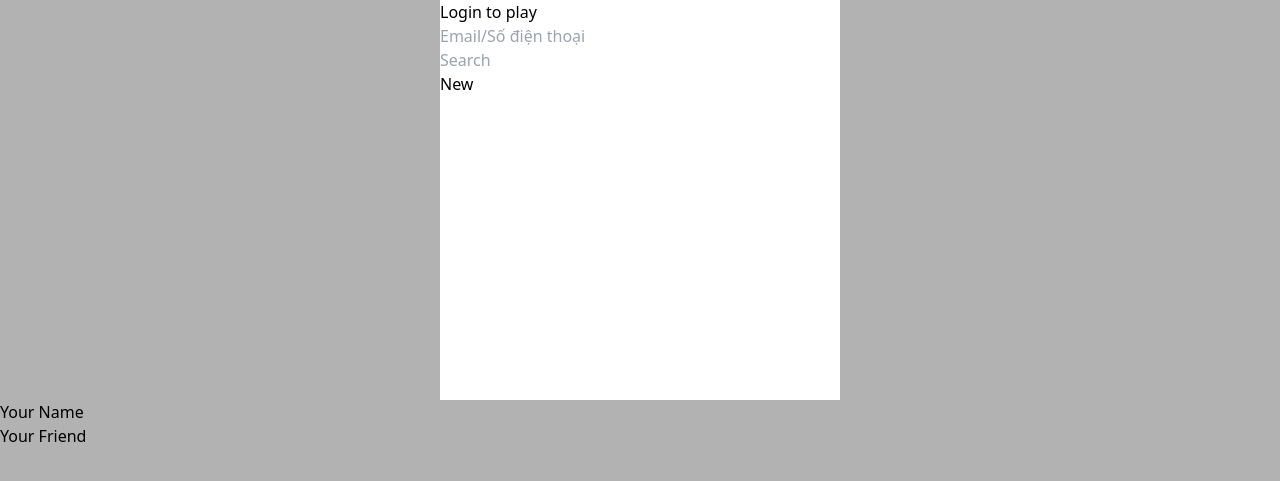
Repository: Teddy1705/demo_pj
Page: /
The author's editor kept a copy of each file at every save. The page is drawn from the files as they stood at one save, then again after the next save.
The browser window is 1280 px wide. The pictures show the whole page.
The project was rebuilt for these pictures with package versions that can differ from the ones it lists, and the page was loaded fresh each time. Also part of the build but not shown: vite.config.js.

Above is the page before, as saved 2024-04-16 09:21:02.

### index.html
<!DOCTYPE html>
<html lang="en">
  <head>
    <meta charset="UTF-8" />
    <link rel="icon" type="image/svg+xml" href="/vite.svg" />
    <meta name="viewport" content="width=device-width, initial-scale=1.0" />
    <title>Tic Tac Toe</title>
    <link rel="stylesheet" href="./src/index.css" />
  </head>
  <body>
    <div id="root"></div>
    <script type="module" src="/src/main.jsx"></script>
  </body>
</html>

### src/index.css
:root {
  --white-color: #fff;
  --black-color: #000;
}

/*
1. Prevent padding and border from affecting element width. (https://github.com/mozdevs/cssremedy/issues/4)
2. Allow adding a border to an element by just adding a border-width. (https://github.com/tailwindcss/tailwindcss/pull/116)
*/

*,
::before,
::after {
  box-sizing: border-box;
  /* 1 */
  border-width: 0;
  /* 2 */
  border-style: solid;
  /* 2 */
  border-color: #e5e7eb;
  /* 2 */
}

::before,
::after {
  --tw-content: "";
}

/*
1. Use a consistent sensible line-height in all browsers.
2. Prevent adjustments of font size after orientation changes in iOS.
3. Use a more readable tab size.
4. Use the user's configured `sans` font-family by default.
5. Use the user's configured `sans` font-feature-settings by default.
6. Use the user's configured `sans` font-variation-settings by default.
7. Disable tap highlights on iOS
*/

html,
:host {
  line-height: 1.5;
  /* 1 */
  -webkit-text-size-adjust: 100%;
  /* 2 */
  -moz-tab-size: 4;
  /* 3 */
  -o-tab-size: 4;
  tab-size: 4;
  /* 3 */
  font-family: ui-sans-serif, system-ui, sans-serif, "Apple Color Emoji",
    "Segoe UI Emoji", "Segoe UI Symbol", "Noto Color Emoji";
  /* 4 */
  font-feature-settings: normal;
  /* 5 */
  font-variation-settings: normal;
  /* 6 */
  -webkit-tap-highlight-color: transparent;
  /* 7 */
}

/*
1. Remove the margin in all browsers.
2. Inherit line-height from `html` so users can set them as a class directly on the `html` element.
*/

body {
  margin: 0;
  /* 1 */
  line-height: inherit;
  /* 2 */
}

/*
1. Add the correct height in Firefox.
2. Correct the inheritance of border color in Firefox. (https://bugzilla.mozilla.org/show_bug.cgi?id=190655)
3. Ensure horizontal rules are visible by default.
*/

hr {
  height: 0;
  /* 1 */
  color: inherit;
  /* 2 */
  border-top-width: 1px;
  /* 3 */
}

/*
Add the correct text decoration in Chrome, Edge, and Safari.
*/

abbr:where([title]) {
  -webkit-text-decoration: underline dotted;
  text-decoration: underline dotted;
}

/*
Remove the default font size and weight for headings.
*/

h1,
h2,
h3,
h4,
h5,
h6 {
  font-size: inherit;
  font-weight: inherit;
}

/*
Reset links to optimize for opt-in styling instead of opt-out.
*/

a {
  color: inherit;
  text-decoration: inherit;
}

/*
Add the correct font weight in Edge and Safari.
*/

b,
strong {
  font-weight: bolder;
}

/*
1. Use the user's configured `mono` font-family by default.
2. Use the user's configured `mono` font-feature-settings by default.
3. Use the user's configured `mono` font-variation-settings by default.
4. Correct the odd `em` font sizing in all browsers.
*/

code,
kbd,
samp,
pre {
  font-family: ui-monospace, SFMono-Regular, Menlo, Monaco, Consolas,
    "Liberation Mono", "Courier New", monospace;
  /* 1 */
  font-feature-settings: normal;
  /* 2 */
  font-variation-settings: normal;
  /* 3 */
  font-size: 1em;
  /* 4 */
}

/*
Add the correct font size in all browsers.
*/

small {
  font-size: 80%;
}

/*
Prevent `sub` and `sup` elements from affecting the line height in all browsers.
*/

sub,
sup {
  font-size: 75%;
  line-height: 0;
  position: relative;
  vertical-align: baseline;
}

sub {
  bottom: -0.25em;
}

sup {
  top: -0.5em;
}

/*
1. Remove text indentation from table contents in Chrome and Safari. (https://bugs.chromium.org/p/chromium/issues/detail?id=999088, https://bugs.webkit.org/show_bug.cgi?id=201297)
2. Correct table border color inheritance in all Chrome and Safari. (https://bugs.chromium.org/p/chromium/issues/detail?id=935729, https://bugs.webkit.org/show_bug.cgi?id=195016)
3. Remove gaps between table borders by default.
*/

table {
  text-indent: 0;
  /* 1 */
  border-color: inherit;
  /* 2 */
  border-collapse: collapse;
  /* 3 */
}

/*
1. Change the font styles in all browsers.
2. Remove the margin in Firefox and Safari.
3. Remove default padding in all browsers.
*/

button,
input,
optgroup,
select,
textarea {
  font-family: inherit;
  /* 1 */
  font-feature-settings: inherit;
  /* 1 */
  font-variation-settings: inherit;
  /* 1 */
  font-size: 100%;
  /* 1 */
  font-weight: inherit;
  /* 1 */
  line-height: inherit;
  /* 1 */
  letter-spacing: inherit;
  /* 1 */
  color: inherit;
  /* 1 */
  margin: 0;
  /* 2 */
  padding: 0;
  /* 3 */
}

/*
Remove the inheritance of text transform in Edge and Firefox.
*/

button,
select {
  text-transform: none;
}

/*
1. Correct the inability to style clickable types in iOS and Safari.
2. Remove default button styles.
*/

button,
input:where([type="button"]),
input:where([type="reset"]),
input:where([type="submit"]) {
  -webkit-appearance: button;
  /* 1 */
  background-color: transparent;
  /* 2 */
  background-image: none;
  /* 2 */
}

/*
Use the modern Firefox focus style for all focusable elements.
*/

:-moz-focusring {
  outline: auto;
}

/*
Remove the additional `:invalid` styles in Firefox. (https://github.com/mozilla/gecko-dev/blob/2f9eacd9d3d995c937b4251a5557d95d494c9be1/layout/style/res/forms.css#L728-L737)
*/

:-moz-ui-invalid {
  box-shadow: none;
}

/*
Add the correct vertical alignment in Chrome and Firefox.
*/

progress {
  vertical-align: baseline;
}

/*
Correct the cursor style of increment and decrement buttons in Safari.
*/

::-webkit-inner-spin-button,
::-webkit-outer-spin-button {
  height: auto;
}

/*
1. Correct the odd appearance in Chrome and Safari.
2. Correct the outline style in Safari.
*/

[type="search"] {
  -webkit-appearance: textfield;
  /* 1 */
  outline-offset: -2px;
  /* 2 */
}

/*
Remove the inner padding in Chrome and Safari on macOS.
*/

::-webkit-search-decoration {
  -webkit-appearance: none;
}

/*
1. Correct the inability to style clickable types in iOS and Safari.
2. Change font properties to `inherit` in Safari.
*/

::-webkit-file-upload-button {
  -webkit-appearance: button;
  /* 1 */
  font: inherit;
  /* 2 */
}

/*
Add the correct display in Chrome and Safari.
*/

summary {
  display: list-item;
}

/*
Removes the default spacing and border for appropriate elements.
*/

blockquote,
dl,
dd,
h1,
h2,
h3,
h4,
h5,
h6,
hr,
figure,
p,
pre {
  margin: 0;
}

fieldset {
  margin: 0;
  padding: 0;
}

legend {
  padding: 0;
}

ol,
ul,
menu {
  list-style: none;
  margin: 0;
  padding: 0;
}

/*
Reset default styling for dialogs.
*/

dialog {
  padding: 0;
}

/*
Prevent resizing textareas horizontally by default.
*/

textarea {
  resize: vertical;
}

/*
1. Reset the default placeholder opacity in Firefox. (https://github.com/tailwindlabs/tailwindcss/issues/3300)
2. Set the default placeholder color to the user's configured gray 400 color.
*/

input::-moz-placeholder,
textarea::-moz-placeholder {
  opacity: 1;
  /* 1 */
  color: #9ca3af;
  /* 2 */
}

input::placeholder,
textarea::placeholder {
  opacity: 1;
  /* 1 */
  color: #9ca3af;
  /* 2 */
}

/*
Set the default cursor for buttons.
*/

button,
[role="button"] {
  cursor: pointer;
}

/*
Make sure disabled buttons don't get the pointer cursor.
*/

:disabled {
  cursor: default;
}

/*
1. Make replaced elements `display: block` by default. (https://github.com/mozdevs/cssremedy/issues/14)
2. Add `vertical-align: middle` to align replaced elements more sensibly by default. (https://github.com/jensimmons/cssremedy/issues/14#issuecomment-634934210)
   This can trigger a poorly considered lint error in some tools but is included by design.
*/

img,
svg,
video,
canvas,
audio,
iframe,
embed,
object {
  display: block;
  /* 1 */
  vertical-align: middle;
  /* 2 */
}

/*
Constrain images and videos to the parent width and preserve their intrinsic aspect ratio. (https://github.com/mozdevs/cssremedy/issues/14)
*/

img,
video {
  max-width: 100%;
  height: auto;
}

/* Make elements with the HTML hidden attribute stay hidden by default */

[hidden] {
  display: none;
}

*,
::before,
::after {
  --tw-border-spacing-x: 0;
  --tw-border-spacing-y: 0;
  --tw-translate-x: 0;
  --tw-translate-y: 0;
  --tw-rotate: 0;
  --tw-skew-x: 0;
  --tw-skew-y: 0;
  --tw-scale-x: 1;
  --tw-scale-y: 1;
  --tw-pan-x: ;
  --tw-pan-y: ;
  --tw-pinch-zoom: ;
  --tw-scroll-snap-strictness: proximity;
  --tw-gradient-from-position: ;
  --tw-gradient-via-position: ;
  --tw-gradient-to-position: ;
  --tw-ordinal: ;
  --tw-slashed-zero: ;
  --tw-numeric-figure: ;
  --tw-numeric-spacing: ;
  --tw-numeric-fraction: ;
  --tw-ring-inset: ;
  --tw-ring-offset-width: 0px;
  --tw-ring-offset-color: #fff;
  --tw-ring-color: rgb(59 130 246 / 0.5);
  --tw-ring-offset-shadow: 0 0 #0000;
  --tw-ring-shadow: 0 0 #0000;
  --tw-shadow: 0 0 #0000;
  --tw-shadow-colored: 0 0 #0000;
  --tw-blur: ;
  --tw-brightness: ;
  --tw-contrast: ;
  --tw-grayscale: ;
  --tw-hue-rotate: ;
  --tw-invert: ;
  --tw-saturate: ;
  --tw-sepia: ;
  --tw-drop-shadow: ;
  --tw-backdrop-blur: ;
  --tw-backdrop-brightness: ;
  --tw-backdrop-contrast: ;
  --tw-backdrop-grayscale: ;
  --tw-backdrop-hue-rotate: ;
  --tw-backdrop-invert: ;
  --tw-backdrop-opacity: ;
  --tw-backdrop-saturate: ;
  --tw-backdrop-sepia: ;
  --tw-contain-size: ;
  --tw-contain-layout: ;
  --tw-contain-paint: ;
  --tw-contain-style: ;
}

::backdrop {
  --tw-border-spacing-x: 0;
  --tw-border-spacing-y: 0;
  --tw-translate-x: 0;
  --tw-translate-y: 0;
  --tw-rotate: 0;
  --tw-skew-x: 0;
  --tw-skew-y: 0;
  --tw-scale-x: 1;
  --tw-scale-y: 1;
  --tw-pan-x: ;
  --tw-pan-y: ;
  --tw-pinch-zoom: ;
  --tw-scroll-snap-strictness: proximity;
  --tw-gradient-from-position: ;
  --tw-gradient-via-position: ;
  --tw-gradient-to-position: ;
  --tw-ordinal: ;
  --tw-slashed-zero: ;
  --tw-numeric-figure: ;
  --tw-numeric-spacing: ;
  --tw-numeric-fraction: ;
  --tw-ring-inset: ;
  --tw-ring-offset-width: 0px;
  --tw-ring-offset-color: #fff;
  --tw-ring-color: rgb(59 130 246 / 0.5);
  --tw-ring-offset-shadow: 0 0 #0000;
  --tw-ring-shadow: 0 0 #0000;
  --tw-shadow: 0 0 #0000;
  --tw-shadow-colored: 0 0 #0000;
  --tw-blur: ;
  --tw-brightness: ;
  --tw-contrast: ;
  --tw-grayscale: ;
  --tw-hue-rotate: ;
  --tw-invert: ;
  --tw-saturate: ;
  --tw-sepia: ;
  --tw-drop-shadow: ;
  --tw-backdrop-blur: ;
  --tw-backdrop-brightness: ;
  --tw-backdrop-contrast: ;
  --tw-backdrop-grayscale: ;
  --tw-backdrop-hue-rotate: ;
  --tw-backdrop-invert: ;
  --tw-backdrop-opacity: ;
  --tw-backdrop-saturate: ;
  --tw-backdrop-sepia: ;
  --tw-contain-size: ;
  --tw-contain-layout: ;
  --tw-contain-paint: ;
  --tw-contain-style: ;
}

#modal {
  position: fixed;
  top: 0;
  right: 0;
  bottom: 0;
  left: 0;
}

#modal .modal__overlay {
  position: absolute;
  width: 100%;
  height: 100%;
  background-color: rgba(0, 0, 0, 0.3);
}

#modal .modal__body {
  position: relative;
  background-color: var(--white-color);
  margin: auto;
  width: 400px;
  height: 400px;
}

### src/main.jsx
import React from "react";
import ReactDOM from "react-dom/client";
import App from "./App.jsx";
import { createBrowserRouter, RouterProvider } from "react-router-dom";
import Root from "./routes/root";
import "./index.css";

const router = createBrowserRouter([
  {
    path: "/",
    element: <Root />,
  },
]);

ReactDOM.createRoot(document.getElementById("root")).render(
  <React.StrictMode>
    <RouterProvider router={router} />
    <App />
  </React.StrictMode>
);

### src/routes/root.jsx
export default function Root() {
  return (
    <>
      <div id="modal">
        <div className="modal__overlay"></div>
        <div className="modal__body">
          <div className="auth-form">
            <div className="auth-form__container">
              <div className="auth-form__header">
                <h2 className="auth-form__heading">Login to play</h2>
              </div>
              <div className="auth-form__info">
                <div className="auth-form__info-details">
                  <input
                    type="text"
                    className="auth-form__info-input"
                    placeholder="Email/Số điện thoại"
                  />
                </div>
              </div>
            </div>
          </div>
          <form id="search-form" role="search">
            <input
              id="q"
              aria-label="Search contacts"
              placeholder="Search"
              type="search"
              name="q"
            />
            <div id="search-spinner" aria-hidden hidden={true} />
            <div className="sr-only" aria-live="polite"></div>
          </form>
          <form method="post">
            <button type="submit">New</button>
          </form>
        </div>
        <nav>
          <ul>
            <li>
              <a
                href={`https://codesandbox.io/s/q2z497?file=%2Fsrc%2FApp.js&utm_medium=sandpack`}
              >
                Your Name
              </a>
            </li>
            <li>
              <a href={`/contacts/2`}>Your Friend</a>
            </li>
          </ul>
        </nav>
      </div>
      <div id="detail"></div>
    </>
  );
}

Loaded but not shown: src/App.jsx (common file)

After the next save:
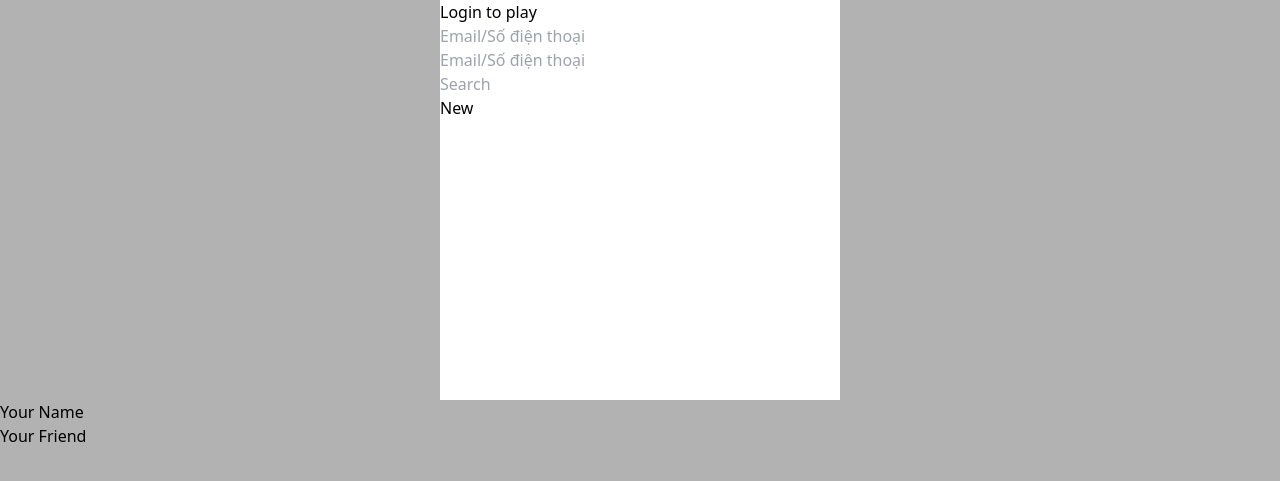
Saved 52 s later.
--- a/src/routes/root.jsx
+++ b/src/routes/root.jsx
@@ -13,6 +13,13 @@ export default function Root() {
                 <div className="auth-form__info-details">
                   <input
                     type="text"
+                    className="auth-form__info-input"
+                    placeholder="Email/Số điện thoại"
+                  />
+                </div>
+                <div className="auth-form__info-details">
+                  <input
+                    type="password"
                     className="auth-form__info-input"
                     placeholder="Email/Số điện thoại"
                   />
